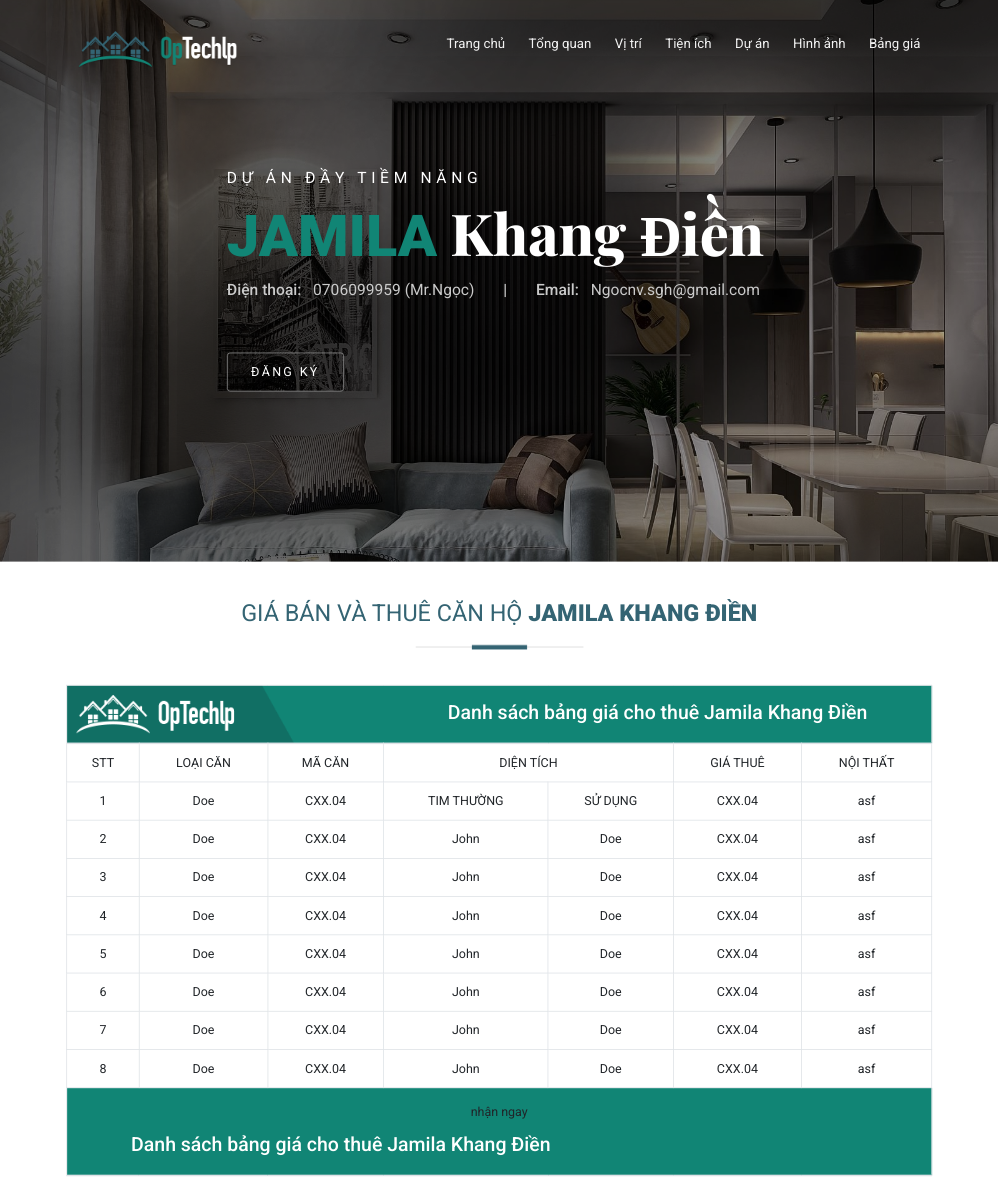
Repository: phunobi1807/Myweb
Page: index.html
The author's editor kept a copy of each file at every save. The page is drawn from the files as they stood at one save, then again after the next save.
The browser window is 1280 px wide. The pictures show the whole page, at 78% of full size.
Some web fonts or font styles are not loaded; a fallback is used.

Above is the page before, as saved 2021-05-14 14:24:28.

### index.html
<!DOCTYPE html>
<html lang="en">

<head>
    <meta charset="UTF-8">
    <meta http-equiv="X-UA-Compatible" content="IE=edge">
    <meta name="viewport" content="width=device-width, initial-scale=1.0">
    <link rel="stylesheet" type="text/css" href="./css/style.css">
    <title>JAMILA Khang Điền</title>
</head>

<body>
    <header>
        <a href="#" class="logo">
            <img src="./image/logo-banner.png" alt="logo">
        </a>
        <div class="menuToggle" onclick="toggleMenu"></div>
        <ul class="navigation">
            <li><a href="#" onclick="toggleMenu">Trang chủ</a></li>
            <li><a href="#" onclick="toggleMenu">Tổng quan</a></li>
            <li><a href="#" onclick="toggleMenu">Vị trí</a></li>
            <li><a href="#" onclick="toggleMenu">Tiện ích</a></li>
            <li><a href="#" onclick="toggleMenu">Dự án</a></li>
            <li><a href="#" onclick="toggleMenu">Hình ảnh</a></li>
            <li><a href="#" onclick="toggleMenu">Bảng giá</a></li>
        </ul>
    </header>
    <section class="banner" id="banner">
        <div class="content">
            <p class="title">dự án đầy tiềm năng</p>
            <h3><strong>JAMILA</strong> Khang Điền</h3>
            <div class="content-contact">
                <p class="phone">Điện thoại: <span class="number-phone">0706099959 (Mr.Ngọc)</span></p>
                <div class="gachgiua">|</div>
                <p class="email">Email: <span class="email">Ngocnv.sgh@gmail.com</span></p>
            </div>
            <div class="input">
                <input type="button" class="btn btn-outline" value="Đăng ký">
            </div>
        </div>
    </section>
    <section class="price-apartment mt-5">
        <div class="container text-center">
            <div class="list-price-apartment">
                <h1>giá bán và thuê căn hộ <span>jamila khang điền</span></h1>
                <div class="gach-chan">
                    <div class="gachchan"></div>
                </div>
                <table class="table table-bordered mt-5">
                    <thead>
                        <tr>
                            <th colspan="7" style="background-image:url(./image/optechlp.png); background-repeat: no-repeat;">
                                <div class="title-table">
                                    <img src="./image/optechlp1.png" alt="">
                                    <p>Danh sách bảng giá cho thuê Jamila Khang Điền</p>
                                </div>
                            </th>
                        </tr>
                    </thead>
                    <tbody>
                        <tr class="list-title">
                            <td>STT</td>
                            <td>loại căn</td>
                            <td>mã căn</td>
                            <td colspan="2">diện tích
                            </td>
                            <td>giá thuê</td>
                            <td colspan="2">nội thất</td>
                        </tr>
                        <tr>
                            <td>1</td>
                            <td>Doe</td>
                            <td>CXX.04</td>
                            <td>TIM THƯỜNG</td>
                            <td>SỬ DỤNG</td>
                            <td>CXX.04</td>
                            <td>asf</td>
                        </tr>
                        <tr>
                            <td>2</td>
                            <td>Doe</td>
                            <td>CXX.04</td>
                            <td>John</td>
                            <td>Doe</td>
                            <td>CXX.04</td>
                            <td>asf</td>
                        </tr>
                        <tr>
                            <td>3</td>
                            <td>Doe</td>
                            <td>CXX.04</td>
                            <td>John</td>
                            <td>Doe</td>
                            <td>CXX.04</td>
                            <td>asf</td>
                        </tr>
                        <tr>
                            <td>4</td>
                            <td>Doe</td>
                            <td>CXX.04</td>
                            <td>John</td>
                            <td>Doe</td>
                            <td>CXX.04</td>
                            <td>asf</td>
                        </tr>
                        <tr>
                            <td>5</td>
                            <td>Doe</td>
                            <td>CXX.04</td>
                            <td>John</td>
                            <td>Doe</td>
                            <td>CXX.04</td>
                            <td>asf</td>
                        </tr>
                        <tr>
                            <td>6</td>
                            <td>Doe</td>
                            <td>CXX.04</td>
                            <td>John</td>
                            <td>Doe</td>
                            <td>CXX.04</td>
                            <td>asf</td>
                        </tr>
                        <tr>
                            <td>7</td>
                            <td>Doe</td>
                            <td>CXX.04</td>
                            <td>John</td>
                            <td>Doe</td>
                            <td>CXX.04</td>
                            <td>asf</td>
                        </tr>
                        <tr>
                            <td>8</td>
                            <td>Doe</td>
                            <td>CXX.04</td>
                            <td>John</td>
                            <td>Doe</td>
                            <td>CXX.04</td>
                            <td>asf</td>
                        </tr>
                    </tbody>

                    <thead>
                        <tr>
                            <th colspan="7">
                                <div class="bot-table">
                                    <input type="button" class="btn btn-outline" value="nhận ngay">
                                    <p>Danh sách bảng giá cho thuê Jamila Khang Điền</p>
                                </div>
                            </th>
                        </tr>
                    </thead>
                </table>
            </div>
        </div>
    </section>
    <link rel="stylesheet" href="https://maxcdn.bootstrapcdn.com/bootstrap/4.5.2/css/bootstrap.min.css">
    <script src="https://ajax.googleapis.com/ajax/libs/jquery/3.5.1/jquery.min.js"></script>
    <script src="https://cdnjs.cloudflare.com/ajax/libs/popper.js/1.16.0/umd/popper.min.js"></script>
    <script src="https://maxcdn.bootstrapcdn.com/bootstrap/4.5.2/js/bootstrap.min.js"></script>
    <script type="text/javascript">
        window.addEventListener('scroll', function() {
            const header = document.querySelector('header');
            header.classList.toggle("sticky", window.scrollY > 0);
        });

        function toggleMenu() {
            const menutoggle = document.querySelector('.menuToggle');
            const navigation = document.querySelector('.navigation');
            menuToggle.classList.toggle('active');
            navigation.classList.toggle('active');
        }
    </script>
</body>

</html>
<!-- <script type="text/javascript">
    window.addEventListener('scroll', function() {
        const header = document.querySelector('header');
        header.classList.toggle("sticky", window.scrollY > 0);
    });

    function toggleMenu() {
        const menuToggle = document.querySelector('.menuToggle');
        const navigation = document.querySelector('.navigation');
        menuToggle.classList.toggle('active');
        navigation.classList.toggle('active');
    }
</script> -->

### css/style.css
    @import url(https://fonts.googleapis.com/css2?family=Roboto:wght@100;200;300;400;500;600;800;900&display=swap);
    @import url(https://fonts.googleapis.com/css2?family=Playfair+Display:wght@100;200;300;400;500;600;800;900&display=swap);
    * {
        margin: 0;
        padding: 0;
        box-sizing: border-box;
        font-family: 'Roboto', 'Regular';
        scroll-behavior: smooth;
    }

    body {
        overflow-x: hidden;
    }

    p {
        font-weight: 300;
        color: #ffffff;
    }

    .banner {
        position: relative;
        width: 100%;
        min-height: 100vh;
        display: flex;
        justify-content: center;
        align-items: center;
        background: url('../image/banner.png');
        background-size: cover;
    }

    .banner .content {
        max-width: 900px;
        text-align: left;
    }

    .banner .content p.title {
        font-size: 20px;
        opacity: 100%;
        text-transform: uppercase;
        font-weight: 400;
        letter-spacing: 6px;
        line-height: 20px;
        color: #ffffff;
    }

    .banner .content h3 {
        font-family: 'Playfair Display', serif;
        font-size: 74px;
        font-style: bold;
        font-weight: 700;
        color: #ffffff;
        text-align: left;
    }

    .banner .content h3 strong {
        color: #118575;
    }

    .banner .content .content-contact {
        margin-bottom: 50px;
    }

    .banner .content .content-contact,
    p {
        display: flex;
        color: #cacaca;
        font-size: 20px;
        font-style: bold;
        font-weight: 500;
    }

    .banner .content .content-contact p span {
        padding: 0px 15px;
        font-weight: 400;
        font-style: normal;
        color: #cacaca;
    }

    .banner .content .content-contact .gachgiua {
        padding-right: 15px;
        margin: 0px 22px;
    }

    .banner .content .input input {
        width: 150px;
        height: 50px;
        border: 1px solid;
        /* opacity: 40%; */
        color: #ffffff;
        border-color: #8a8a8a;
        text-transform: uppercase;
        letter-spacing: 3px;
        transition: 0.5s;
    }

    .banner .content .input input:hover {
        width: 160px;
        transition: 0.5s;
        background-color: #118575;
    }

    .banner .content .input input::-ms-value {
        color: red;
    }

    header {
        position: fixed;
        top: 0;
        left: 0;
        width: 100%;
        padding: 40px 100px;
        z-index: 10;
        display: flex !important;
        justify-content: space-between;
        align-items: center;
        transition: 0.5s;
    }

    header.sticky {
        background: rgb(43, 43, 43);
        padding: 10px 100px;
        box-shadow: 0 5px 20px rgba(0, 0, 0, 0.05);
    }

    header.sticky ul {
        margin-top: 14px;
        line-height: 14px;
    }

    header .navigation {
        position: relative;
        display: flex;
    }

    header .navigation li {
        list-style-type: none;
        margin-left: 30px;
    }

    header .navigation li a {
        opacity: 100%;
        font-size: 17px;
        text-decoration: none;
        color: #f2f2f2;
        line-height: 20px;
    }

    header.sticky .navigation li a {
        color: #fff;
    }

    header .navigation li a:hover {
        color: #118575;
        letter-spacing: 3px;
        transition: 1s;
        text-transform: uppercase;
    }
    /* giá bán căn hộ trong bảng  */

    .price-apartment h1 {
        font-size: 30px;
        text-transform: uppercase;
        font-weight: 400;
        color: #346473;
    }

    .price-apartment h1 span {
        font-weight: 900;
    }

    .price-apartment .gach-chan {
        border-bottom: 1px solid #d7d7d7;
        width: 215px;
        margin-left: 28rem;
        z-index: 1;
        margin-top: 25px;
    }

    .price-apartment .gachchan {
        position: absolute;
        border: 3px solid #346473;
        width: 71px;
        margin-left: 4.5rem;
        z-index: 10;
        margin-top: -2.5px;
    }

    .price-apartment .title-table {
        display: flex;
        justify-content: space-between;
    }

    .price-apartment .title-table img {}

    .price-apartment .title-table p {
        line-height: 21px;
        margin-top: 12px;
        padding: 0px 70px;
        font-style: bold;
        color: #fff;
        font-size: 25px;
    }

    .price-apartment table tr.list-title {
        text-transform: uppercase;
    }

    .price-apartment table thead tr {
        background-color: #118575;
    }

    .price-apartment table tbody .bot-table {
        display: flex;
        justify-content: space-between;
    }

    .price-apartment table thead .bot-table p {
        line-height: 21px;
        margin-top: 12px;
        padding: 0px 70px;
        font-style: bold;
        color: #fff;
        font-size: 25px;
    }
    /* end giá bán căn hộ trong bảng  */

After the next save:
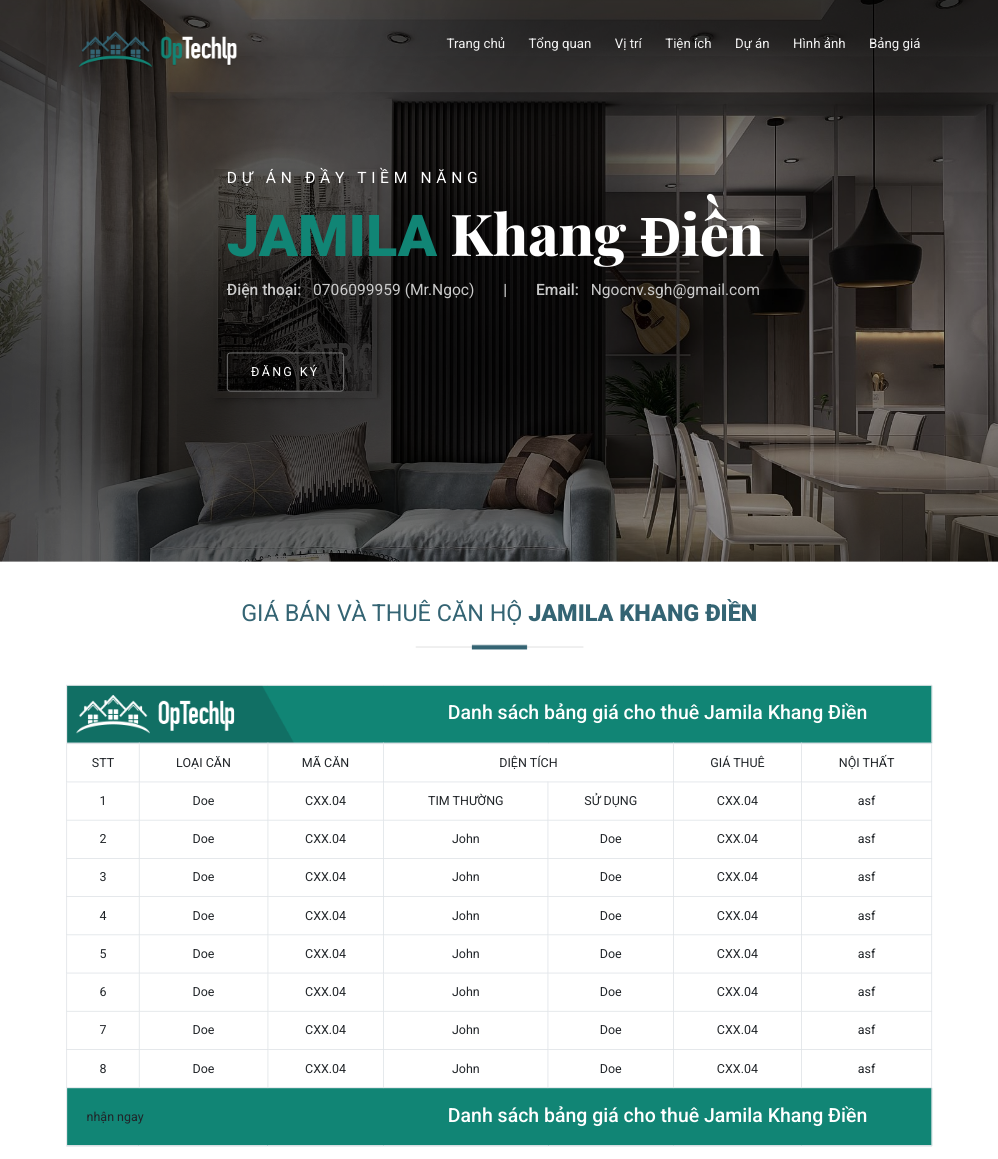
Saved 21 s later.
--- a/css/style.css
+++ b/css/style.css
@@ -209,7 +209,7 @@
         background-color: #118575;
     }
 
-    .price-apartment table tbody .bot-table {
+    .price-apartment table thead .bot-table {
         display: flex;
         justify-content: space-between;
     }
